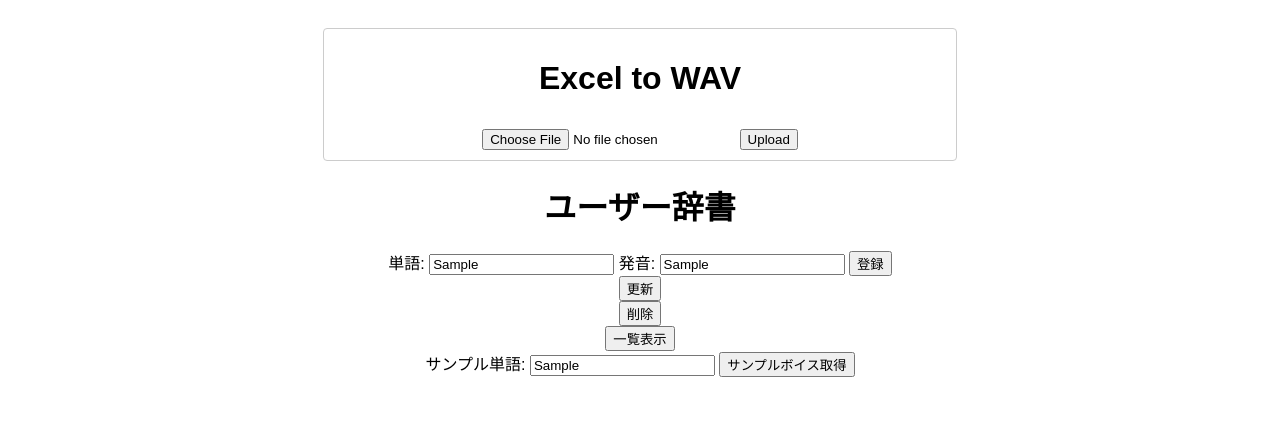
Repository: limonene213u/Excel-to-VOICE
Page: http://localhost/
These files come from the project's save history. The page is drawn as it stood at one moment and after the next save; the edit follows.
The browser window is 1280 px wide. The pictures show the whole page.
Empty fields were first filled with sample values (such as "Sample", 5 or name@example.com).
After loading, the first visible `#list-words` was clicked once.
The page is served by the project's application, run on Flask 3 (volume/app.py).

Above is the page before, as saved 2023-10-10 23:39:44.

After the next save:
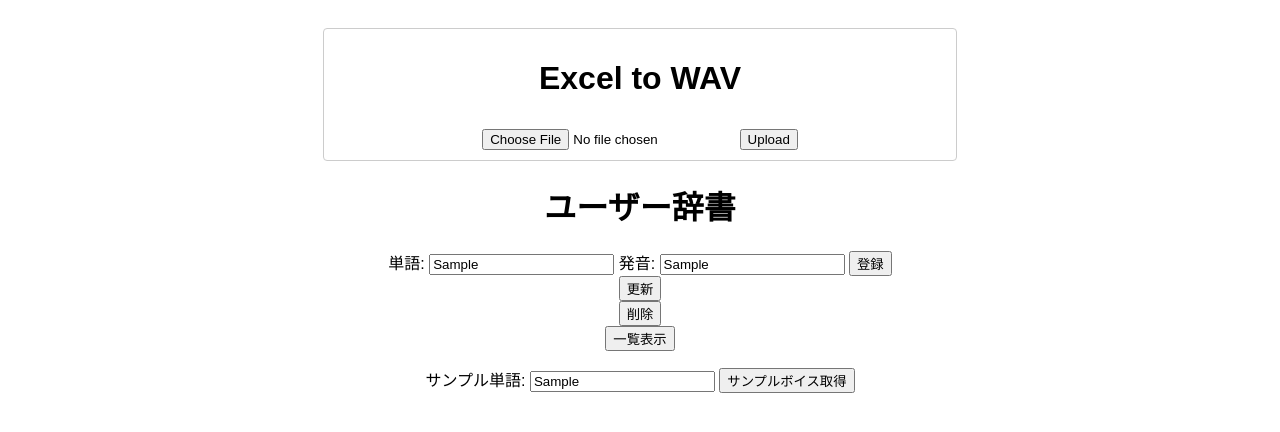
Saved 95 s later.
--- a/volume/templates/index.html
+++ b/volume/templates/index.html
@@ -58,12 +58,22 @@
             <input type="submit" value="サンプルボイス取得">
         </form>
     </div>
+    <div id="word-list"></div>
     </div>
 </body>
-<script>
-    function listWords() {
-        // Ajaxでサーバーから単語一覧を取得して表示
-        fetch('/list_words').then(response => response.json()).then(data => { /* 一覧表示の処理 */ });
-    }
+    <script>
+        function listWords() {
+            // Ajaxでサーバーから単語一覧を取得して表示
+            fetch('/list_words')
+            .then(response => response.json())
+            .then(data => {
+                let wordListHtml = '<ul>';
+                for (const [word, pronunciation] of Object.entries(data)) {
+                    wordListHtml += `<li>${word} : ${pronunciation}</li>`;
+                }
+                wordListHtml += '</ul>';
+                document.getElementById('word-list').innerHTML = wordListHtml;
+            });
+        }
     </script>
 </html>
